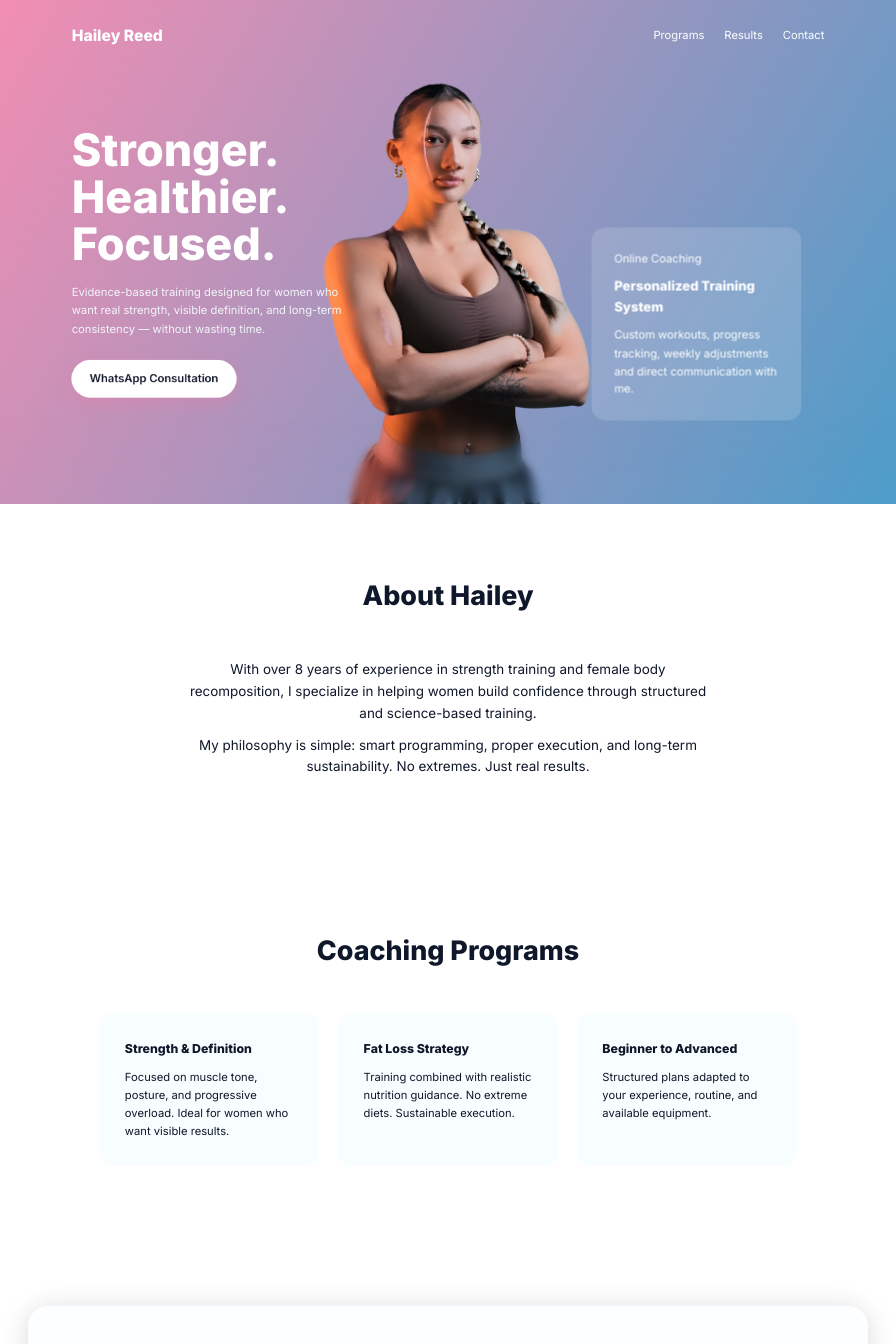
Repository: davidfsillva/Hailey-Reed-Coaching
Page: index.html
The author's editor kept a copy of each file at every save. The page is drawn from the files as they stood at one save, then again after the next save.
The browser window is 1280 px wide. The pictures show the part of the page from y = 0 to 1920 px (the page is 5221 px tall), at 70% of full size.
The pointer rests on the first visible `.btn.primary`.

Above is the page before, as saved 2026-02-12 10:04:18.

### index.html
<!DOCTYPE html>
<html lang="en">
<head>
  <meta charset="UTF-8" />
  <meta name="viewport" content="width=device-width, initial-scale=1.0" />
  <title>Personal Trainer | Online Coaching</title>
  <link rel="stylesheet" href="style.css" />
  <link rel="preconnect" href="https://fonts.googleapis.com">
  <link rel="preconnect" href="https://fonts.gstatic.com" crossorigin>
  <link href="https://fonts.googleapis.com/css2?family=Inter:wght@400;600;800&display=swap" rel="stylesheet">
</head>
<body>

<header class="hero">
  <nav class="nav">
    <h1 class="logo">Hailey Reed</h1>
    <div class="nav-links">
      <a href="#programs">Programs</a>
      <a href="#results">Results</a>
      <a href="#contact">Contact</a>
    </div>
  </nav>

  <img class="hero-img" src="img/Photoroom_20260211_45117 PM.png" alt="Trainer" />

  <div class="hero-gradient"></div>

  <div class="hero-content">
    <div class="hero-text">
<h2 class="hero-title">
  Stronger. Healthier. Focused.
</h2>

      <p>
        Evidence-based training designed for women who <br>
        want real strength, visible definition, and long-term <br>
        consistency — without wasting time.
      </p>
      <div class="cta-group">
        <a href="https://wa.me/5599999999999" target="_blank" class="btn primary whatsapp-btn">
          WhatsApp Consultation
        </a>
      </div>
    </div>

    <div class="hero-card">
      <span class="tag">Online Coaching</span>
      <h3>Personalized Training System</h3>
      <p>
        Custom workouts, progress tracking, weekly adjustments
        and direct communication with me.
      </p>
    </div>
  </div>
</header>

<!-- ABOUT SECTION -->
<section class="section">
  <h3>About Hailey</h3>
  <div class="testimonial">
    <p>
      With over 8 years of experience in strength training and female body
      recomposition, I specialize in helping women build confidence through
      structured and science-based training.
    </p>
    <p>
      My philosophy is simple: smart programming, proper execution,
      and long-term sustainability. No extremes. Just real results.
    </p>
  </div>
</section>

<section id="programs" class="section">
  <h3>Coaching Programs</h3>

  <div class="cards">
    <div class="card">
      <h4>Strength & Definition</h4>
      <p>
        Focused on muscle tone, posture, and progressive overload.
        Ideal for women who want visible results.
      </p>
    </div>

    <div class="card">
      <h4>Fat Loss Strategy</h4>
      <p>
        Training combined with realistic nutrition guidance.
        No extreme diets. Sustainable execution.
      </p>
    </div>

    <div class="card">
      <h4>Beginner to Advanced</h4>
      <p>
        Structured plans adapted to your experience, routine,
        and available equipment.
      </p>
    </div>
  </div>
</section>

<!-- HOW IT WORKS -->
<section class="section dark">
  <h3>How It Works</h3>

  <div class="cards">
    <div class="card">
      <h4>1. Initial Consultation</h4>
      <p>
        We discuss your goals, routine, training history,
        and current physical condition.
      </p>
    </div>

    <div class="card">
      <h4>2. Custom Plan Creation</h4>
      <p>
        A personalized workout structure is designed
        specifically for your body and objectives.
      </p>
    </div>

    <div class="card">
      <h4>3. Weekly Adjustments</h4>
      <p>
        Progress tracking and adjustments ensure continuous
        improvement and optimal results.
      </p>
    </div>
  </div>
</section>

<section id="results" class="section dark">
  <h3>Client Feedback</h3>

  <div class="testimonial">
    <p>
      “This coaching completely changed how I train.
      Every session has a clear purpose and I finally feel strong.”
    </p>
    <span>— Samantha M.</span>
  </div>
</section>

<!-- TRANSFORMATION PROCESS -->
<section class="section">
  <h3>The Transformation Process</h3>

  <div class="testimonial">
    <p>
      Sustainable transformation is not about intensity —
      it's about consistency.
    </p>
    <p>
      Through progressive overload, intelligent recovery,
      and realistic nutrition, we create measurable and lasting results.
    </p>
  </div>
</section>

<!-- FAQ -->
<section class="section">
  <h3>Frequently Asked Questions</h3>

  <div class="cards">
    <div class="card">
      <h4>Do I need gym access?</h4>
      <p>
        Not necessarily. Programs can be adapted for home training
        with minimal equipment.
      </p>
    </div>

    <div class="card">
      <h4>Is nutrition included?</h4>
      <p>
        Yes. You receive structured guidance focused on sustainable habits,
        not restrictive diets.
      </p>
    </div>

    <div class="card">
      <h4>How long until I see results?</h4>
      <p>
        Most clients notice strength improvements within weeks
        and visible body changes within 8–12 weeks.
      </p>
    </div>
  </div>
</section>

<section id="contact" class="section">
  <h3>Start Your Training</h3>
  <p class="contact-text">
    If you’re serious about improving your body composition
    and performance, let’s talk.
  </p>

  <div class="cta-group center">
    <a href="https://wa.me/5599999999999" target="_blank" class="btn primary">
      Message on WhatsApp
    </a>
    <a href="https://instagram.com/seuinstagram" target="_blank" class="btn secondary">
      Visit Instagram
    </a>
  </div>
</section>

<!-- FINAL CTA SECTION -->
<section class="section dark">
  <div class="testimonial">
    <h3>Ready to Transform?</h3>
    <p>
      Your strongest, healthiest version starts with a decision.
      Let’s build it together.
    </p>
    <div class="cta-group center">
      <a href="https://wa.me/5599999999999" target="_blank" class="btn primary">
        Apply for Coaching
      </a>
    </div>
  </div>
</section>

<footer class="footer">
  <p>© 2026 Hailey Reed Coaching. All rights reserved.</p>
</footer>

<script src="script.js"></script>
</body>
</html>

### style.css
:root {
  --pink: #f07aa5;
  --blue: #2e8bc0;
  --dark: #0f172a;
  --light: #ffffff;
  --muted: #cbd5e1;
}

/* ================= RESET ================= */
* {
  margin: 0;
  padding: 0;
  box-sizing: border-box;
  font-family: 'Inter', sans-serif;
}

body {
  background: var(--light);
  color: var(--dark);
  line-height: 1.6;
}

/* ================= HERO ================= */
.hero {
  position: relative;
  min-height: 100vh;
  padding: 32px 8%;
  color: white;
  overflow: hidden;
}

/* IMAGEM */
.hero-img {
  position: absolute;
  top: 50%;
  left: 50%;
  transform: translate(-50%, -50%);
  width: 60%;
  max-width: 500px;
  height: auto;
  z-index: 2;
}

/* GRADIENTE */
.hero-gradient {
  position: absolute;
  inset: 0;
  background: linear-gradient(
    120deg,
    rgba(240,122,165,0.85),
    rgba(46,139,192,0.85)
  );
  z-index: 1;
}

/* CONTEÚDO */
.hero-content {
  position: relative;
  z-index: 5;
}

/* TEXTO */
.hero-text {
  display: flex;
  flex-direction: column;
  justify-content: center;
  height: 85vh;
  max-width: 550px;
}

.hero-title {
  font-size: clamp(2.8rem, 5vw, 4.5rem);
  line-height: 1.05;
  margin-bottom: 24px;
}

.hero-text p {
  max-width: 480px;
  font-size: 1rem;
  color: #f1f5f9;
}

/* BLUR INFERIOR */
.hero::after {
  content: "";
  position: absolute;
  bottom: 0;
  left: 0;
  width: 100%;
  height: 120px;
  backdrop-filter: blur(6px);
  -webkit-backdrop-filter: blur(6px);
  mask-image: linear-gradient(to top, black 40%, transparent 100%);
  pointer-events: none;
  z-index: 3;
}

/* ================= BOTÕES ================= */
.cta-group {
  display: flex;
  gap: 16px;
  margin-top: 32px;
  flex-wrap: wrap;
}

.btn {
  padding: 14px 26px;
  border-radius: 999px;
  font-weight: 600;
  text-decoration: none;
  display: inline-block;
  transition: all 0.35s cubic-bezier(0.22, 1, 0.36, 1);
  transition: transform 0.35s cubic-bezier(0.22, 1, 0.36, 1),
              box-shadow 0.35s ease,
              background-position 0.35s ease;
  will-change: transform, box-shadow, background-position;
}

.btn:hover {
  transform: translateY(-4);
  box-shadow: 0 10px 25px rgba(0, 0, 0, 0.15); /* sombra para parecer flutuante */
}

.whatsapp-btn {
  background: white !important;
  color: var(--dark) !important;
}

.whatsapp-btn:hover {
  background: white !important;
  color: var(--dark) !important;
  box-shadow: 0 10px 25px rgba(0,0,0,0.15);

}

.btn.primary {
  background: linear-gradient(120deg, var(--pink), var(--blue));
  color: var(--light);
  background-size: 200% 200%;
}

.btn.primary:hover {
  background: linear-gradient(120deg, var(--pink), var(--blue));
  color: white;

  background-position: right center;
  transform: translateY(-5px);
  box-shadow: 0 10px 25px rgba(240,122,165,0.3);
  transition: all 0.4s ease;


}

.btn.secondary {
  background: linear-gradient(120deg, var(--pink), var(--blue));
  color: var(--light);
}

.btn.secondary:hover {
  background: linear-gradient(120deg, var(--pink), var(--blue));  color: white;
  box-shadow: 0 10px 25px rgba(240,122,165,0.3);


}


/* ================= HERO CARD ================= */
.hero-card {
  position: absolute;
  top: 42%;
  right: 3%;
  width: 300px;
  background: rgba(255,255,255,0.15);
  backdrop-filter: blur(18px);
  padding: 32px;
  border-radius: 20px;
  z-index: 4;
}

.hero-card h3 {
  margin: 12px 0;
}

/* ================= NAVBAR ================= */
.nav {
  position: relative;
  z-index: 10;
  display: flex;
  justify-content: space-between;
  align-items: center;
}

.logo {
  font-weight: 800;
  font-size: 1.4rem;
}

.nav-links a {
  position: relative;
  color: white;
  margin-left: 24px;
  text-decoration: none;
  font-weight: 500;
  padding-bottom: 4px;
}

.nav-links a::after {
  content: "";
  position: absolute;
  left: 0;
  bottom: 0;
  width: 0%;
  height: 2px;
  background: white;
  transition: width 0.3s ease;
}

.nav-links a:hover::after {
  width: 100%;
}

/* ================= SECTIONS ================= */
.section {
  padding: 100px 8%;
  max-width: 1200px;
  margin: auto;
}

.section h3 {
  font-size: 2.4rem;
  margin-bottom: 60px;
  text-align: center;
}

.cards {
  display: grid;
  grid-template-columns: repeat(auto-fit, minmax(260px, 1fr));
  gap: 28px;
}

.card {
  background: rgb(248, 253, 255);
  padding: 36px;
  border-radius: 18px;
  transition: 0.3s ease;
}

.card:hover {
  transform: translateY(-6px);
}

.card h4 {
  margin-bottom: 14px;
  font-size: 1.1rem;
}

/* ================= DARK SECTIONS ================= */
.dark {
  background: rgb(252, 254, 255);
  border-radius: 30px;
  color: var(--dark);
  margin: 100px auto;
  padding: 100px 8%;
  box-shadow: 0 5px 40px rgba(0,0,0,0.15);
}


.dark .card {
  background: rgba(255,255,255,0.06);
  color: var(--dark);
  box-shadow: 0 20px 60px rgba(0,0,0,0.15);
}

.dark .card:hover {
  background: rgba(255,255,255,0.1);
}

/* ================= TESTIMONIAL ================= */
.testimonial {
  max-width: 750px;
  margin: auto;
  text-align: center;
}

.testimonial p {
  font-size: 1.2rem;
  margin-bottom: 16px;
}

.contact-text {
  text-align: center;
  max-width: 520px;
  margin: 0 auto 32px;
}

.center {
  justify-content: center;
}

/* ================= FOOTER ================= */
.footer {
  padding: 32px;
  text-align: center;
  background: linear-gradient(120deg, var(--pink), var(--blue));
  color: var(--muted);
  font-size: 0.85rem;
}

/* ================= RESPONSIVE ================= */
@media (max-width: 1024px) {

  .hero-card {
    position: relative;
    top: unset;
    right: unset;
    margin-top: 40px;
    width: 100%;
    max-width: 400px;
  }

  .hero-text {
    height: auto;
    text-align: center;
    margin-top: 80px;
  }

  .hero-text p {
    margin: auto;
  }

  .hero-img {
    width: 75%;
  }
}

@media (max-width: 768px) {

  .nav {
    flex-direction: column;
    align-items: center;
  }

  .nav-links {
    display: flex;
    gap: 30px;          /* controla o espaçamento */
    margin-top: 10px;   /* afasta do logo */
  }

  .nav-links a {
    margin-left: 0;     /* remove espaçamento antigo */
  }

    .hero-card {
    width: 95%;          /* ocupa menos largura fixa */
    max-width: 660px;    /* limita tamanho */
    margin: 375px auto 0; /* mais baixo */

    padding: 15px;       /* reduz espaço interno */
    border-radius: 16px;
  }

  .hero-card h3 {
    font-size: 1rem;
  }

  .hero-card p {
    font-size: 0.85rem;
    line-height: 1.4;
  }

  .hero-img {
    width: 90%;
    top: 60%;              /* desce um pouco a imagem */
  }

  .hero-title {
    font-size: 1.9rem;
    margin-bottom: 20px;
  }

  .hero-text {
    height: auto;          /* remove os 85vh */
    justify-content: flex-start;
    margin-top: 40px;      /* controla distância do nav */
    text-align: center;
  }

  .hero-text p {
    display: none;
  }

  .section {
    padding: 80px 6%;
  }

  .cta-group {
  position: relative;
  transform: translateY(350px);
  z-index: 6;
  display: flex;
  justify-content: center;
  }

  .btn.primary {
    transform: translateY(120px);
  }

}



@media (max-width: 480px) {

  .hero {
    padding: 24px 6%;
  }

  .btn {
    width: 100%;
    text-align: center;
  }

  .cta-group {
    flex-direction: column;
  }
}

### script.js
// ===============================
// SMOOTH SCROLL
// ===============================
document.querySelectorAll('a[href^="#"]').forEach(anchor => {
  anchor.addEventListener('click', function (e) {
    const target = document.querySelector(this.getAttribute('href'));
    if (!target) return;

    e.preventDefault();
    target.scrollIntoView({ behavior: 'smooth' });
  });
});


// ===============================
// NAVBAR SCROLL EFFECT
// ===============================
const nav = document.querySelector(".nav");

window.addEventListener("scroll", () => {
  if (!nav) return;

  if (window.scrollY > 50) {
    nav.style.background = "rgba(15, 23, 42, 0.85)";
    nav.style.backdropFilter = "blur(10px)";
    nav.style.padding = "16px 8%";
    nav.style.transition = "all 0.3s ease";
  } else {
    nav.style.background = "transparent";
    nav.style.backdropFilter = "none";
    nav.style.padding = "";
  }
});


// ===============================
// SCROLL REVEAL (melhor performance)
// ===============================
const revealElements = document.querySelectorAll(".section, .card, .testimonial");

const revealOnScroll = () => {
  const triggerBottom = window.innerHeight * 0.85;

  revealElements.forEach(el => {
    const elementTop = el.getBoundingClientRect().top;

    if (elementTop < triggerBottom) {
      el.style.opacity = "1";
      el.style.transform = "translateY(0)";
    }
  });
};

// Estado inicial
revealElements.forEach(el => {
  el.style.opacity = "0";
  el.style.transform = "translateY(40px)";
  el.style.transition = "opacity 0.8s ease, transform 0.8s ease";
});

window.addEventListener("scroll", revealOnScroll);
window.addEventListener("load", revealOnScroll);



// ===============================
// HERO IMAGE PARALLAX (DESKTOP ONLY)
// ===============================
const heroImg = document.querySelector(".hero-img");

if (heroImg && window.innerWidth > 768) {
  window.addEventListener("scroll", () => {
    const scrollPosition = window.scrollY;
    heroImg.style.transform =
      `translate(-50%, calc(-50% + ${scrollPosition * 0.12}px))`;
  });
}



// ===============================
// BUTTON FADE-IN ON LOAD
// ===============================
window.addEventListener("load", () => {
  const buttons = document.querySelectorAll(".btn");

  buttons.forEach((btn, index) => {
    btn.style.opacity = "0";
    btn.style.transform = "translateY(20px)";
    btn.style.transition = "opacity 0.6s ease, transform 0.6s ease";

    setTimeout(() => {
      btn.style.opacity = "1";
      btn.style.transform = "translateY(0)";
    }, 300 + index * 150);
  });
});



// ===============================
// CARD HOVER GLOW EFFECT (desktop only)
// ===============================
if (window.innerWidth > 768) {

  const cards = document.querySelectorAll(".card");

  cards.forEach(card => {

    card.addEventListener("mousemove", (e) => {
      const rect = card.getBoundingClientRect();
      const x = e.clientX - rect.left;
      const y = e.clientY - rect.top;

      card.style.background = `
        radial-gradient(circle at ${x}px ${y}px,
        rgba(240,122,165,0.18),
        rgba(255,255,255,0.03))
      `;
    });

    card.addEventListener("mouseleave", () => {
      card.style.background = "";
    });

  });

}

After the next save:
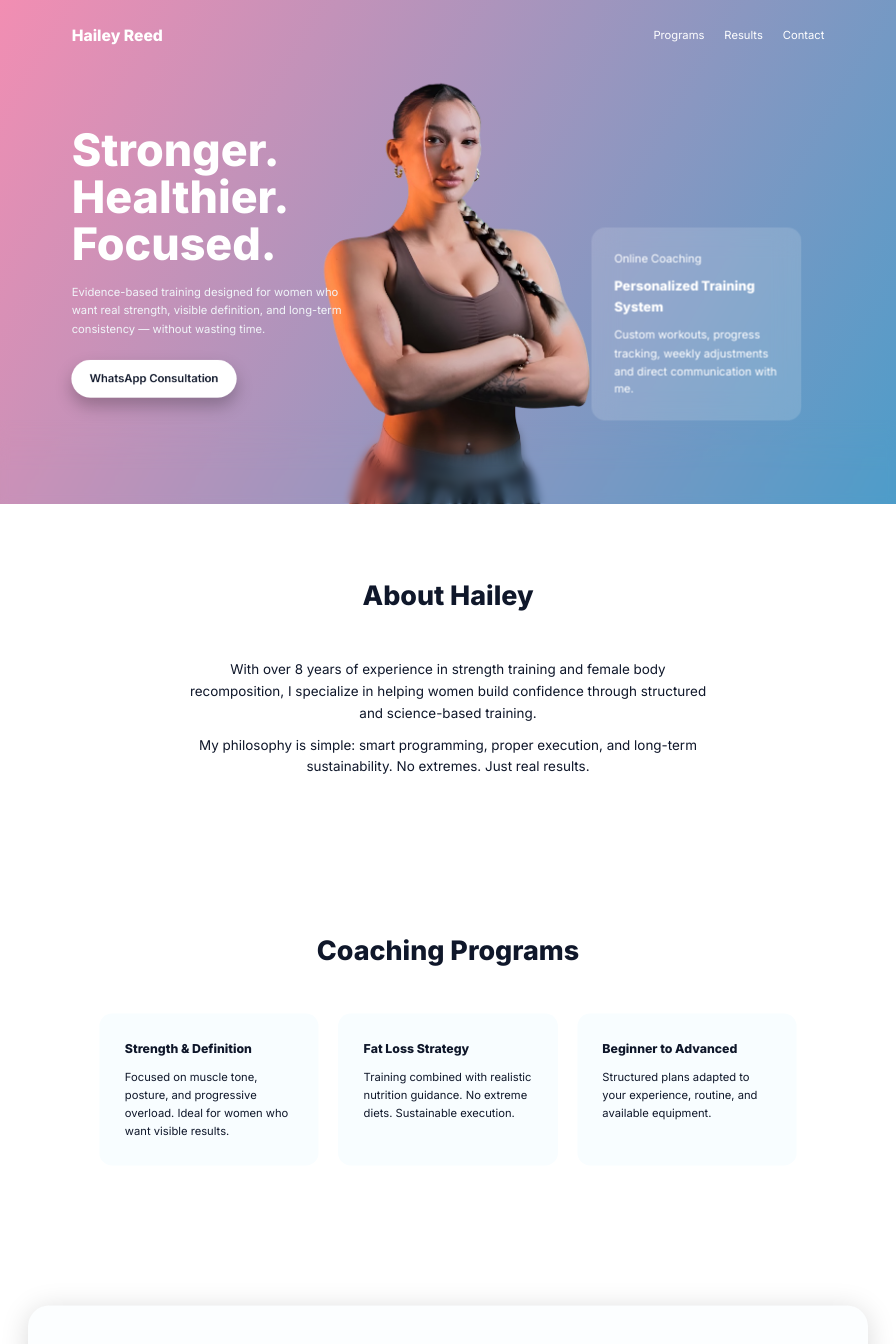
Saved 16 s later.
--- a/style.css
+++ b/style.css
@@ -145,7 +145,7 @@ body {
 
   background-position: right center;
   transform: translateY(-5px);
-  box-shadow: 0 10px 25px rgba(240,122,165,0.3);
+  box-shadow: 0 12px 25px rgba(0,0,0,0.25); /* sombra flutuante */
   transition: all 0.4s ease;
 
 
